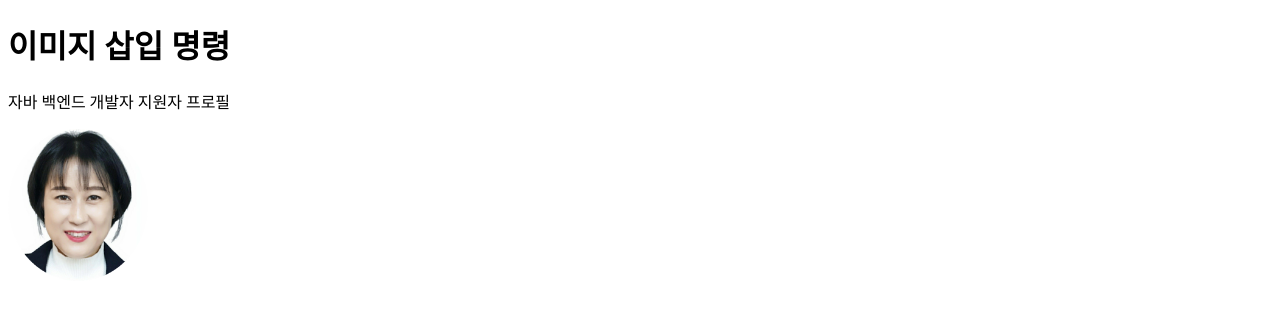
Repository: kmh9964/view
Page: workspace/studyhtml5/src/htmltags03.html
These files come from the project's save history. The page is drawn as it stood at one moment and after the next save; the edit follows.
The browser window is 1280 px wide. The pictures show the whole page.

Above is the page before, as saved 2022-12-14 06:37:14.

After the next save:
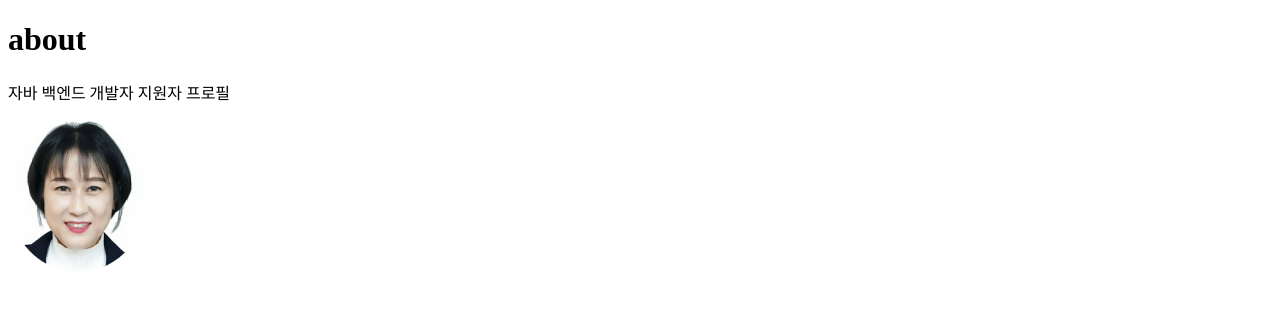
Saved 53 s later.
--- a/workspace/studyhtml5/src/htmltags03.html
+++ b/workspace/studyhtml5/src/htmltags03.html
@@ -7,7 +7,7 @@
 	<title>자바 백엔드 개발자 프로필</title>
 </head>
 <body>
-	<h1>이미지 삽입 명령</h1>
+	<h1>about</h1>
 	<p>자바 백엔드 개발자 지원자 프로필 </p>
  	<img src="images/photo.png" alt="지원자 강미화" width="140">
 </body>
